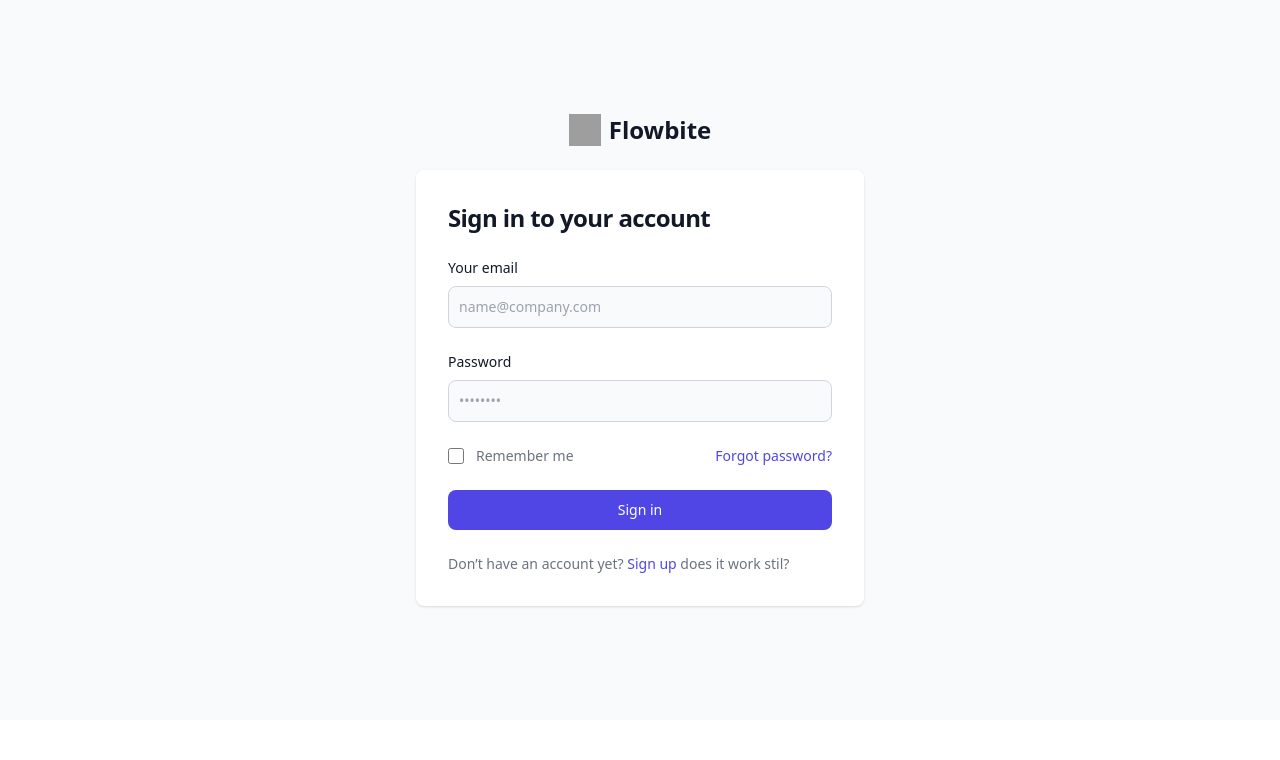
Repository: Narain-Singaram/Coreverse-SMP-Project
Page: http://localhost/account/login.php
These files come from the project's save history. The page is drawn as it stood at one moment and after a run of saves; the edit follows.
The browser window is 1280 px wide. The pictures show the whole page.
Pictures or frames that could not be fetched are drawn as grey boxes. Some web libraries are served in a nearby version. The page is run by PHP 8.4 with error messages shown; the project is at /var/www/html/.

Above is the page before, as saved 2022-11-05 23:43:32.

### account/login.php
    <section class="bg-gray-50">
    <div class="flex flex-col items-center justify-center px-6 py-8 mx-auto md:h-screen lg:py-0">
        <a href="#" class="flex items-center mb-6 text-2xl font-semibold text-gray-900">
            <img class="w-8 h-8 mr-2" src="https://flowbite.s3.amazonaws.com/blocks/marketing-ui/logo.svg" alt="logo">
            Flowbite
        </a>
        <div class="w-full bg-white rounded-lg shadow md:mt-0 sm:max-w-md xl:p-0">
            <div class="p-6 space-y-4 md:space-y-6 sm:p-8">
                <h1 class="text-xl font-bold leading-tight tracking-tight text-gray-900 md:text-2xl">
                    Sign in to your account
                </h1>
                <form class="space-y-4 md:space-y-6" action="#">
                    <div>
                        <label for="email" class="block mb-2 text-sm font-medium text-gray-900">Your email</label>
                        <input type="email" name="email" id="email" class="bg-gray-50 border border-gray-300 text-gray-900 sm:text-sm rounded-lg focus:ring-indigo-600 focus:border-indigo-600 block w-full p-2.5" placeholder="name@company.com" required="">
                    </div>
                    <div>
                        <label for="password" class="block mb-2 text-sm font-medium text-gray-900">Password</label>
                        <input type="password" name="password" id="password" placeholder="••••••••" class="bg-gray-50 border border-gray-300 text-gray-900 sm:text-sm rounded-lg focus:ring-indigo-600 focus:border-indigo-600 block w-full p-2.5" required="">
                    </div>
                    <div class="flex items-center justify-between">
                        <div class="flex items-start">
                            <div class="flex items-center h-5">
                                <input id="remember" aria-describedby="remember" type="checkbox" class="w-4 h-4 border border-gray-300 rounded bg-gray-50 focus:ring-3 focus:ring-indigo-300" required="">
                            </div>
                            <div class="ml-3 text-sm">
                                <label for="remember" class="text-gray-500">Remember me</label>
                            </div>
                        </div>
                        <a href="#" class="text-sm font-medium text-indigo-600 hover:underline">Forgot password?</a>
                    </div>
                    <button type="submit" class="w-full text-white bg-indigo-600 hover:bg-indigo-700 focus:ring-4 focus:outline-none focus:ring-indigo-300 font-medium rounded-lg text-sm px-5 py-2.5 text-center">Sign in</button>
                    <p class="text-sm font-light text-gray-500">
                        Don’t have an account yet? <a href="#" class="font-medium text-indigo-600 hover:underline">Sign up</a>     <?php
    echo 'does it work stil?';
    ?>

                    </p>
                </form>
            </div>
        </div>
    </div>
    </section>

    <form action="login.php" method='POST'>
        <input type="text" name="full_name" id="">
    </form>


    <?php

    ?>

<script src="https://cdn.tailwindcss.com"></script>

After the next 5 saves:
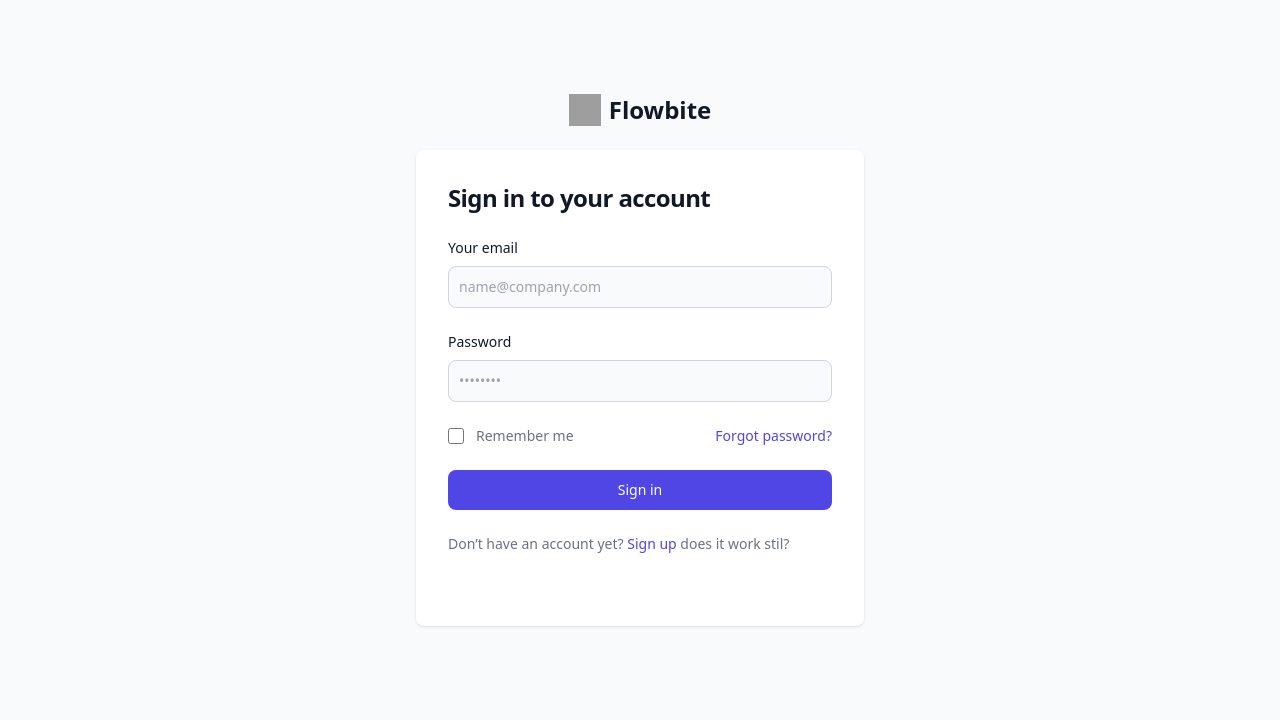
The 5 saves are shown as one change because they came seconds apart.
The last was saved 13 s later.
--- a/account/login.php
+++ b/account/login.php
@@ -34,17 +34,15 @@
                         Don’t have an account yet? <a href="#" class="font-medium text-indigo-600 hover:underline">Sign up</a>     <?php
     echo 'does it work stil?';
     ?>
-
                     </p>
                 </form>
             </div>
+    <form action="login.php" method='POST'>
+        <input type="text" name="full_name" id="">
+    </form>
         </div>
     </div>
     </section>
-
-    <form action="login.php" method='POST'>
-        <input type="text" name="full_name" id="">
-    </form>
 
 
     <?php
